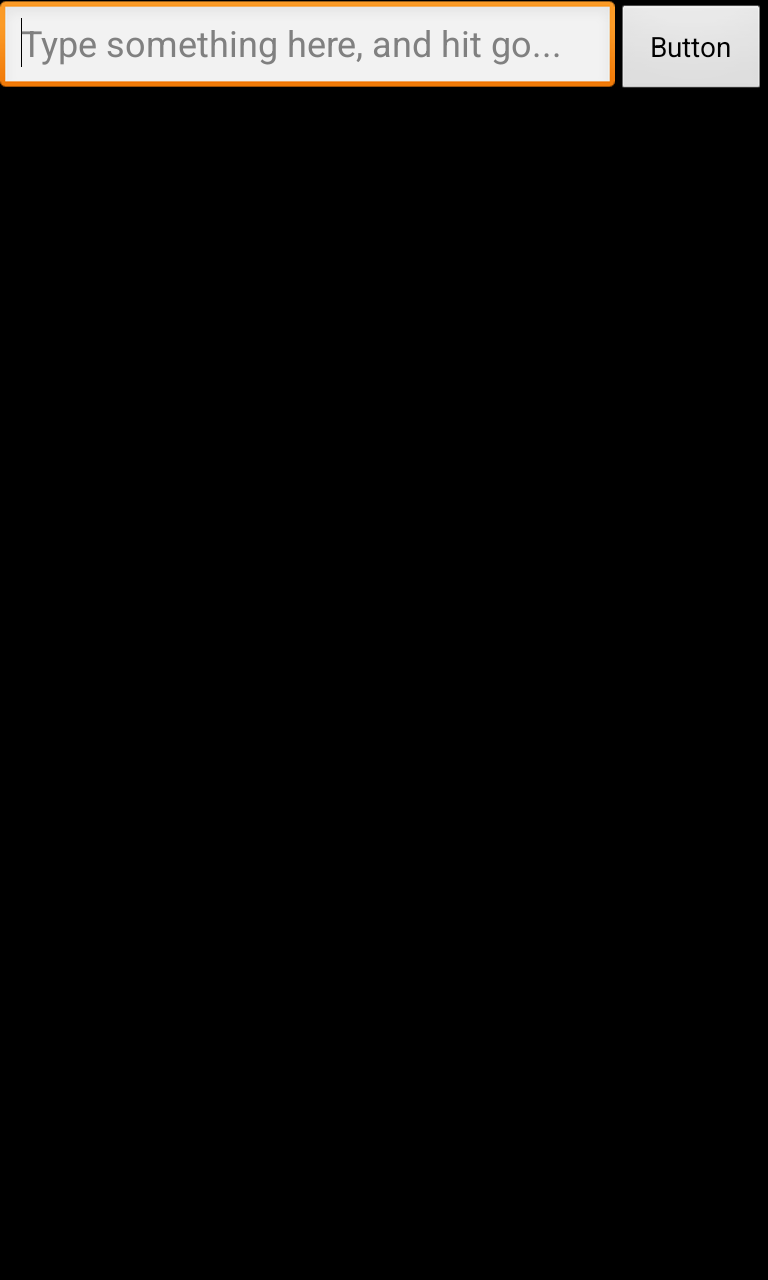
Repository: pazuzu156/KKAndroid
Layout: InitialRepoApp/res/layout/main.xml
The author's editor kept a copy of each file at every save. The layout is drawn from the files as they stood at one save, then again after the next save.
It is drawn on a 768 x 1280 px phone screen (xhdpi) without system bars, with theme android:Theme; the app's code is not run.

Above is the layout before, as saved 2012-06-17 06:06:25.

After the next save:
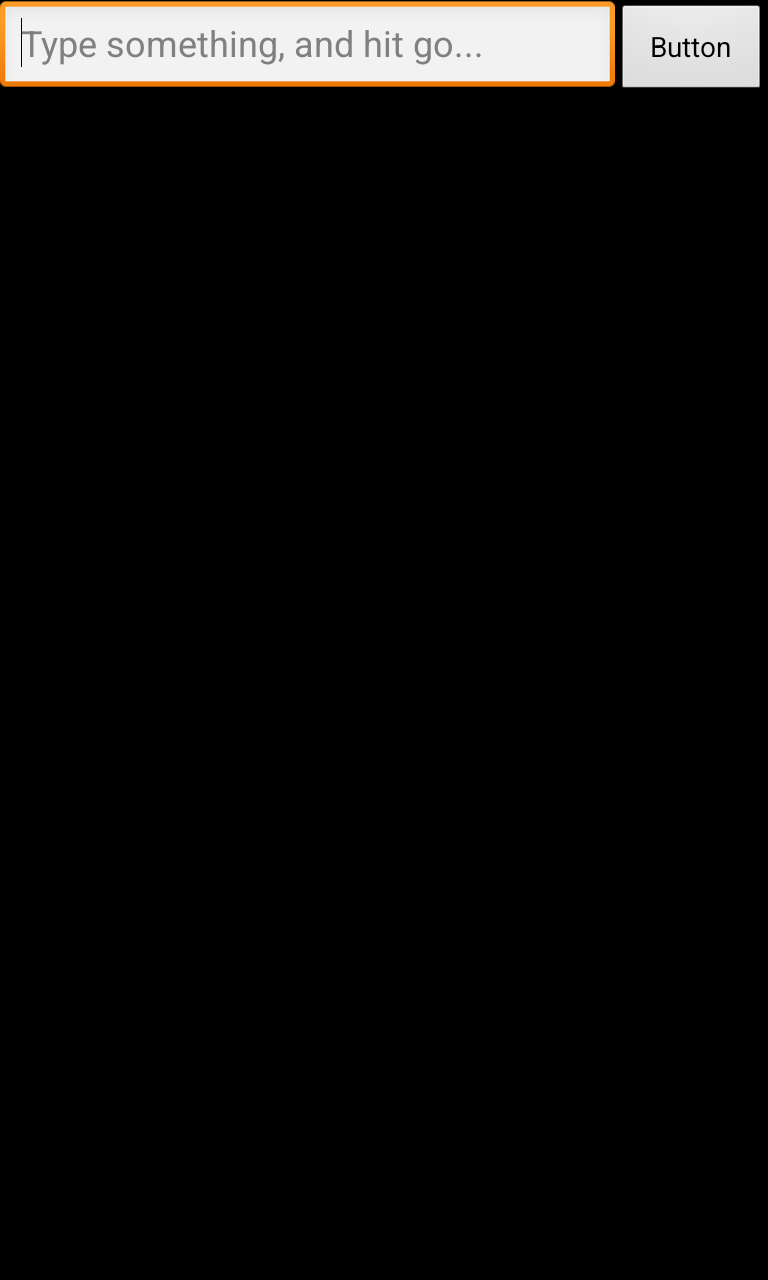
Saved 64 s later.
--- a/InitialRepoApp/res/layout/main.xml
+++ b/InitialRepoApp/res/layout/main.xml
@@ -14,7 +14,7 @@
             android:layout_width="fill_parent"
             android:layout_height="wrap_content"
             android:layout_weight="2"
-            android:hint="Type something here, and hit go..." >
+            android:hint="Type something, and hit go..." >
 
             <requestFocus />
         </EditText>
